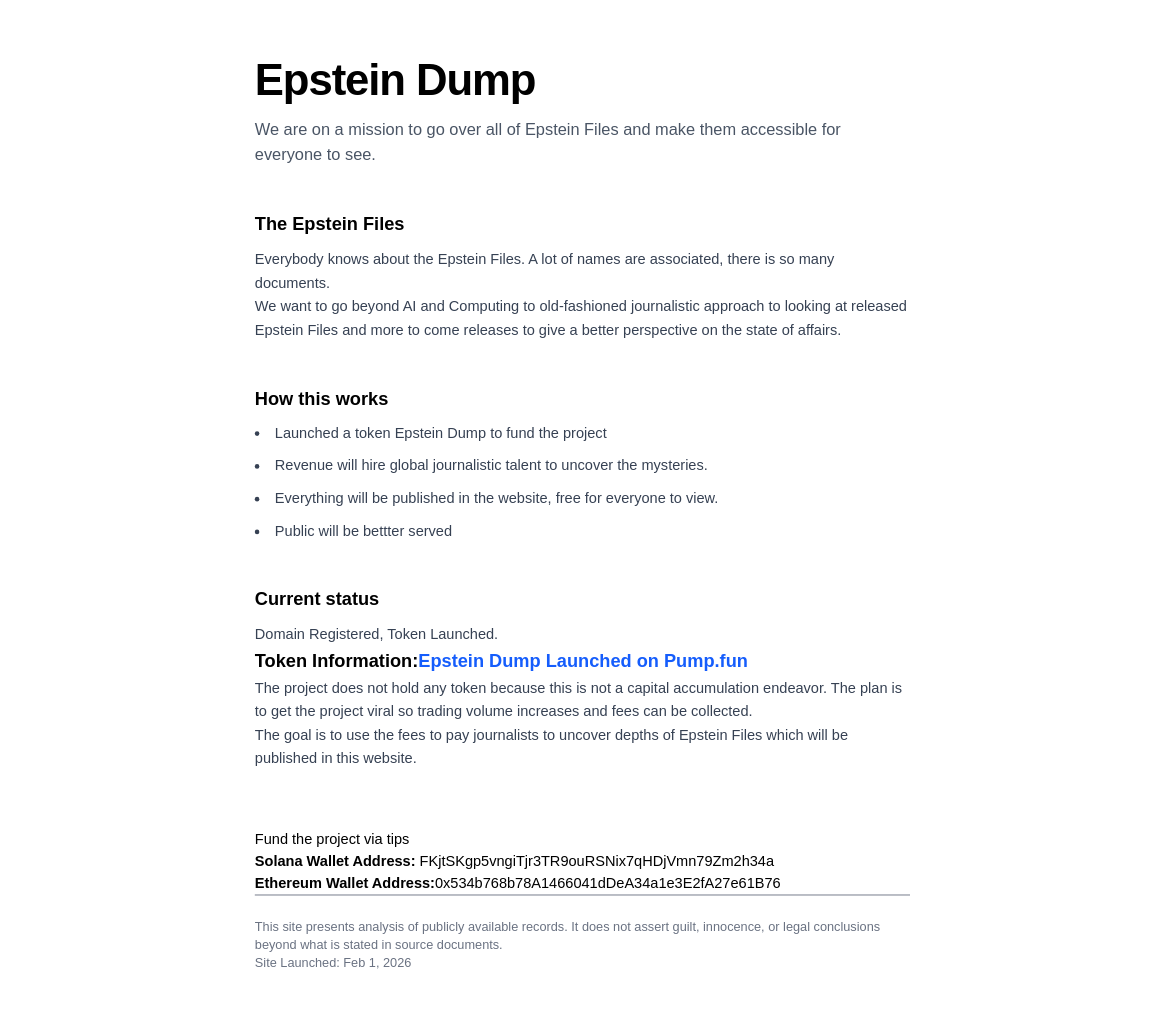
Repository: dayvoid97/epsteindump
Page: /
An editor plug-in stored every save of this project. The page is shown before and after the next save, followed by the edit.
The browser window is 1280 px wide. The pictures show the whole page, at 91% of full size.
The project was rebuilt for these pictures with package versions that can differ from the ones it lists, and the page was loaded fresh each time. The framework's server and built-in components were replaced by stand-ins that run in the browser. Also part of the build but not shown: next.config.ts.

Above is the page before, as saved 2026-02-02 02:33:32.

### app/layout.tsx
import type { Metadata } from 'next'
import { Geist, Geist_Mono } from 'next/font/google'
import Script from 'next/script'
import './globals.css'

const geistSans = Geist({
  variable: '--font-geist-sans',
  subsets: ['latin'],
})

const geistMono = Geist_Mono({
  variable: '--font-geist-mono',
  subsets: ['latin'],
})

export const metadata: Metadata = {
  title: 'The Epstein Files',
  description: 'Readable analysis of publicly released Epstein-related documents.',
}

export default function RootLayout({
  children,
}: Readonly<{
  children: React.ReactNode
}>) {
  return (
    <html lang="en">
      <head>
        {/* Google Analytics (GA4) */}
        <Script
          src="https://www.googletagmanager.com/gtag/js?id=G-BQLDPN3H1B"
          strategy="afterInteractive"
        />
        <Script id="ga4-init" strategy="afterInteractive">
          {`
            window.dataLayer = window.dataLayer || [];
            function gtag(){dataLayer.push(arguments);}
            gtag('js', new Date());
            gtag('config', 'G-BQLDPN3H1B');
          `}
        </Script>
        {/* End Google Analytics */}
      </head>

      <body className={`${geistSans.variable} ${geistMono.variable} antialiased`}>{children}</body>
    </html>
  )
}

### app/page.tsx
export default function Home() {
  return (
    <main className="min-h-screen bg-white text-black">
      <div className="max-w-3xl mx-auto px-6 py-16">
        {/* Header */}
        <header className="mb-12">
          <h1 className="text-4xl md:text-5xl font-semibold tracking-tight">Epstein Dump</h1>
          <p className="mt-4 text-lg text-gray-600">
            We are on a mission to go over all of Epstein Files and make them accessible for
            everyone to see.
          </p>
        </header>

        {/* Mission */}
        <section className="mb-12">
          <h2 className="font-bold text-xl  mb-3">The Epstein Files</h2>
          <p className="text-gray-700 leading-relaxed">
            Everybody knows about the Epstein Files. A lot of names are associated, there is so many
            documents.
          </p>

          <p className="text-gray-700 leading-relaxed">
            We want to go beyond AI and Computing to old-fashioned journalistic approach to looking
            at released Epstein Files and more to come releases to give a better perspective on the
            state of affairs.
          </p>
        </section>

        {/* What to Expect */}
        <section className="mb-12">
          <h2 className="text-xl font-bold mb-3">How this works</h2>
          <ul className="space-y-3 text-gray-700 list-disc list-inside">
            <li>Launched a token Epstein Dump to fund the project</li>
            <li>Revenue will hire global journalistic talent to uncover the mysteries. </li>
            <li>Everything will be published in the website, free for everyone to view. </li>
            <li>Public will be bettter served</li>
          </ul>
        </section>

        {/* Status */}
        <section className="mb-16">
          <h2 className="text-xl font-bold mb-3">Current status</h2>
          <p className="text-gray-700 leading-relaxed">Domain Registered, Token Launched.</p>
          <p className=" font-bold text-xl  leading-relaxed">
            Token Information:
            <a
              href="https://pump.fun/coin/AjRmSm4ZyLYUZ9ftCfi5yzLexpvPSRJtbccKJ99Dpump"
              className="text-blue-600"
            >
              Epstein Dump Launched on Pump.fun
            </a>
          </p>
          <p className="text-gray-700 leading-relaxed">
            The project does not hold any token because this is not a capital accumulation endeavor.
            The plan is to get the project viral so trading volume increases and fees can be
            collected.
          </p>

          <p className="text-gray-700 leading-relaxed">
            The goal is to use the fees to pay journalists to uncover depths of Epstein Files which
            will be published in this website.
          </p>
        </section>

        <section>
          <h2> Fund the project via tips</h2>

          <p>
            <span className="font-bold">Solana Wallet Address:</span>{' '}
            <span>FKjtSKgp5vngiTjr3TR9ouRSNix7qHDjVmn79Zm2h34a</span>{' '}
          </p>
          <p>
            <span className="font-bold">Ethereum Wallet Address:</span>
            <span>0x534b768b78A1466041dDeA34a1e3E2fA27e61B76</span>{' '}
          </p>
        </section>

        {/* Footer */}
        <footer className="border-t pt-6 text-sm text-gray-500">
          <p>
            This site presents analysis of publicly available records. It does not assert guilt,
            innocence, or legal conclusions beyond what is stated in source documents.
          </p>
          <p>Site Launched: Feb 1, 2026</p>
        </footer>
      </div>
    </main>
  )
}

Loaded but not shown: app/globals.css (common file)

After the next save:
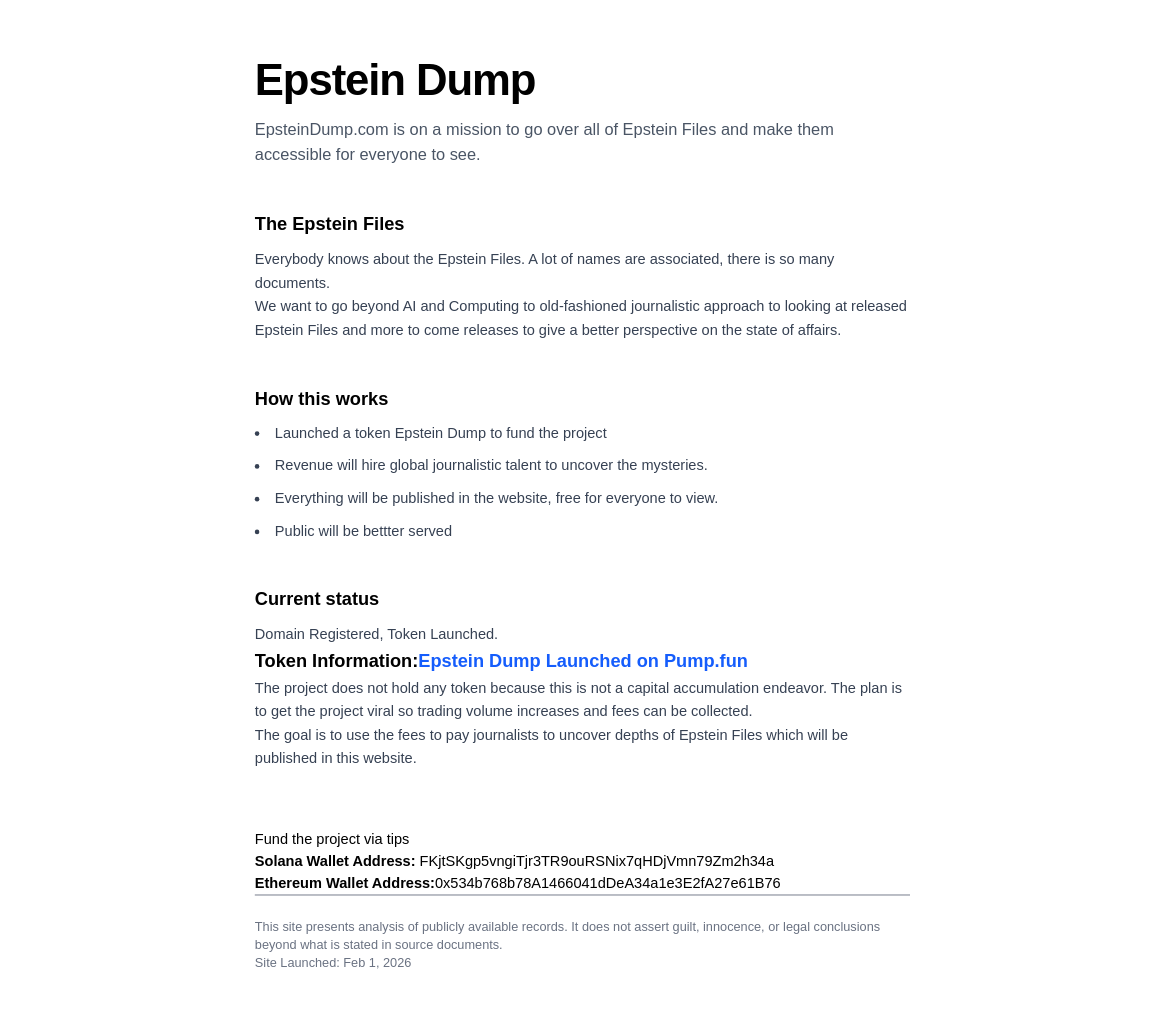
Saved 13 s later.
--- a/app/page.tsx
+++ b/app/page.tsx
@@ -6,8 +6,8 @@
         <header className="mb-12">
           <h1 className="text-4xl md:text-5xl font-semibold tracking-tight">Epstein Dump</h1>
           <p className="mt-4 text-lg text-gray-600">
-            We are on a mission to go over all of Epstein Files and make them accessible for
-            everyone to see.
+            EpsteinDump.com is on a mission to go over all of Epstein Files and make them accessible
+            for everyone to see.
           </p>
         </header>
 
